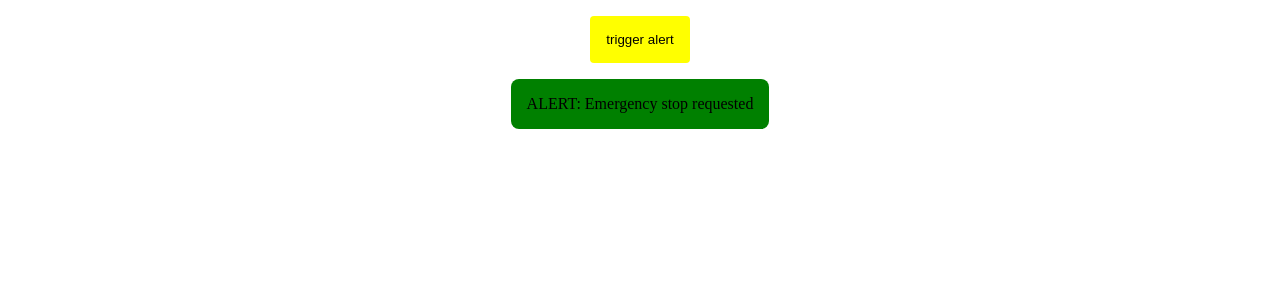
Repository: Esttevo/list-rewiew-js-2
Page: modulo-6/index.html
An editor plug-in stored every save of this project. The page is shown before and after the next save, followed by the edit.
The browser window is 1280 px wide. The pictures show the whole page.
After loading, the first visible `#btn-alert` was clicked once.

Above is the page before, as saved 2026-10-22 20:01:13.

### modulo-6/index.html
<!DOCTYPE html>
<html lang="en">
<head>
    <meta charset="UTF-8">
    <meta name="viewport" content="width=device-width, initial-scale=1.0">
    <title>att-1-module-6</title>
    <script src="/modulo-6/app.js" defer></script>
    <link rel="stylesheet" href="/modulo-6/style.css">
</head>
<body>
    <button id="btn-alert">trigger alert</button>

    <div class="wrapper wrapper-alert">
        <p id="alert">line operating normally</p>
    </div>
</body>
</html>

### modulo-6/app.js
// Crie uma página HTML contendo um botão <button id='btnAlerta'>Disparar Alerta</button> e uma <div
// id='statusPainel'>Linha Operando Normalmente</div>. Ao clicar no botão, utilize document.getElementById() para ;
// alterar o texto da div para 'ATENÇÃO: Parada de Emergência Solicitada!' e mudar a cor do texto para vermelho.

const btnAlert = document.getElementById("btn-alert");
const divAlert = document.querySelector(".wrapper-alert");
const textAlert = document.getElementById("alert");

btnAlert.addEventListener("click", () => {
    textAlert.textContent = "ALERT: Emergency stop requested";
    divAlert.classList.add("atention");
})

### modulo-6/style.css
* {
    padding: 0;
    margin: 0;
    text-decoration: none;
}

#btn-alert {
    display: flex;
    justify-self: center;
    background-color: yellow;
    color: black;
    padding: 1rem;
    border-radius: 4px;
    border: none;
     margin:1rem;
}

#btn-alert:hover {
    background-color: rgb(114, 114, 3);
}

.wrapper-alert {
    display: flex;
    width: fit-content;
    justify-self: center;
    margin:1rem;
    background-color: green;
    padding: 1rem;
    border-radius: 8px;
}

.wrapper-alert .atention {
    background-color: RED;
}

After the next save:
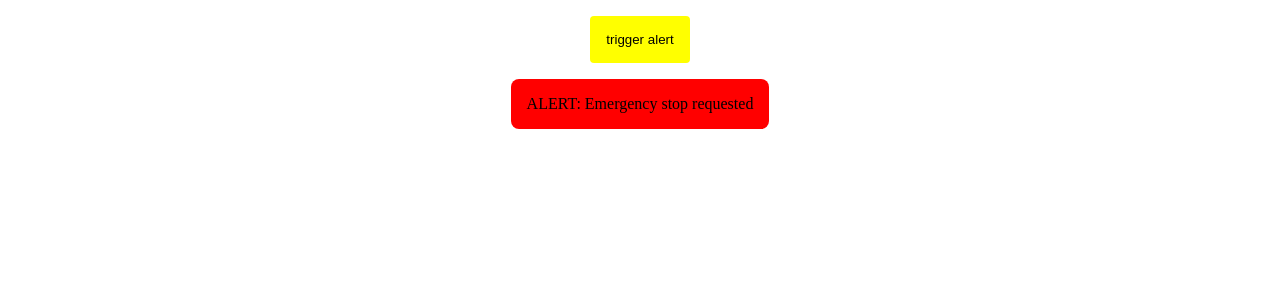
Saved 37 s later.
--- a/modulo-6/style.css
+++ b/modulo-6/style.css
@@ -29,6 +29,6 @@
     border-radius: 8px;
 }
 
-.wrapper-alert .atention {
+.wrapper-alert.atention {
     background-color: RED;
 }
